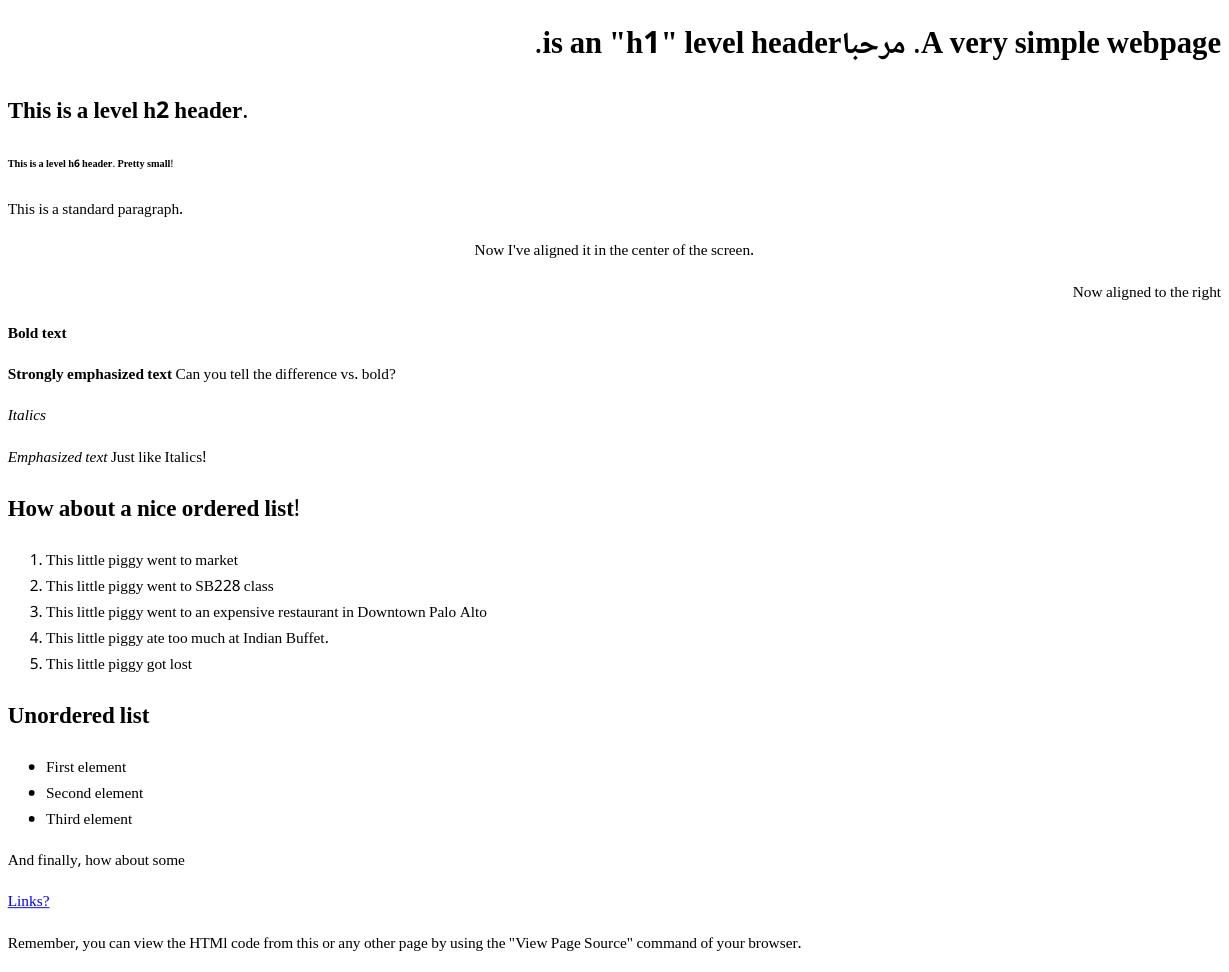
Repository: khanshakiil/ArabicHTMLToPDF
Page: HospitalFrontDesk/src/main/resources/html.html
These files come from the project's save history. The page is drawn as it stood at one moment and after the next save; the edit follows.
The browser window is 1280 px wide. The pictures show the whole page, at 96% of full size.

Above is the page before, as saved 2020-03-05 19:14:55.

### HospitalFrontDesk/src/main/resources/html.html
<!DOCTYPE html>
<html>

<head>
<title dir="rtl">مرحبا</title>
</head>

<body style="font-family: Noto Naskh Arabic">
<h1 dir="rtl" style="font-family: Noto Naskh Arabic">A very simple webpage. مرحباis an "h1" level header.</h1>

<h2>This is a level h2 header.</h2>

<h6>This is a level h6 header.  Pretty small!</h6>

<p>This is a standard paragraph.</p>

<p align=center>Now I've aligned it in the center of the screen.</p>

<p align=right>Now aligned to the right</p>

<p><b>Bold text</b></p>

<p><strong>Strongly emphasized text</strong>  Can you tell the difference vs. bold?</p>

<p><i>Italics</i></p>

<p><em>Emphasized text</em>  Just like Italics!</p>

<h2>How about a nice ordered list!</h2>
<ol>
  <li>This little piggy went to market</li>
  <li>This little piggy went to SB228 class</li>
  <li>This little piggy went to an expensive restaurant in Downtown Palo Alto</li>
  <li>This little piggy ate too much at Indian Buffet.</li>
  <li>This little piggy got lost</li>
</ol>

<h2>Unordered list</h2>
<ul>
  <li>First element</li>
  <li>Second element</li>
  <li>Third element</li>
</ul>


<p>And finally, how about some</p><a href="http://www.google.com/">Links?</a>

<p>Remember, you can view the HTMl code from this or any other page by using the "View Page Source" command of your browser.</p>

</body>

</html>

After the next save:
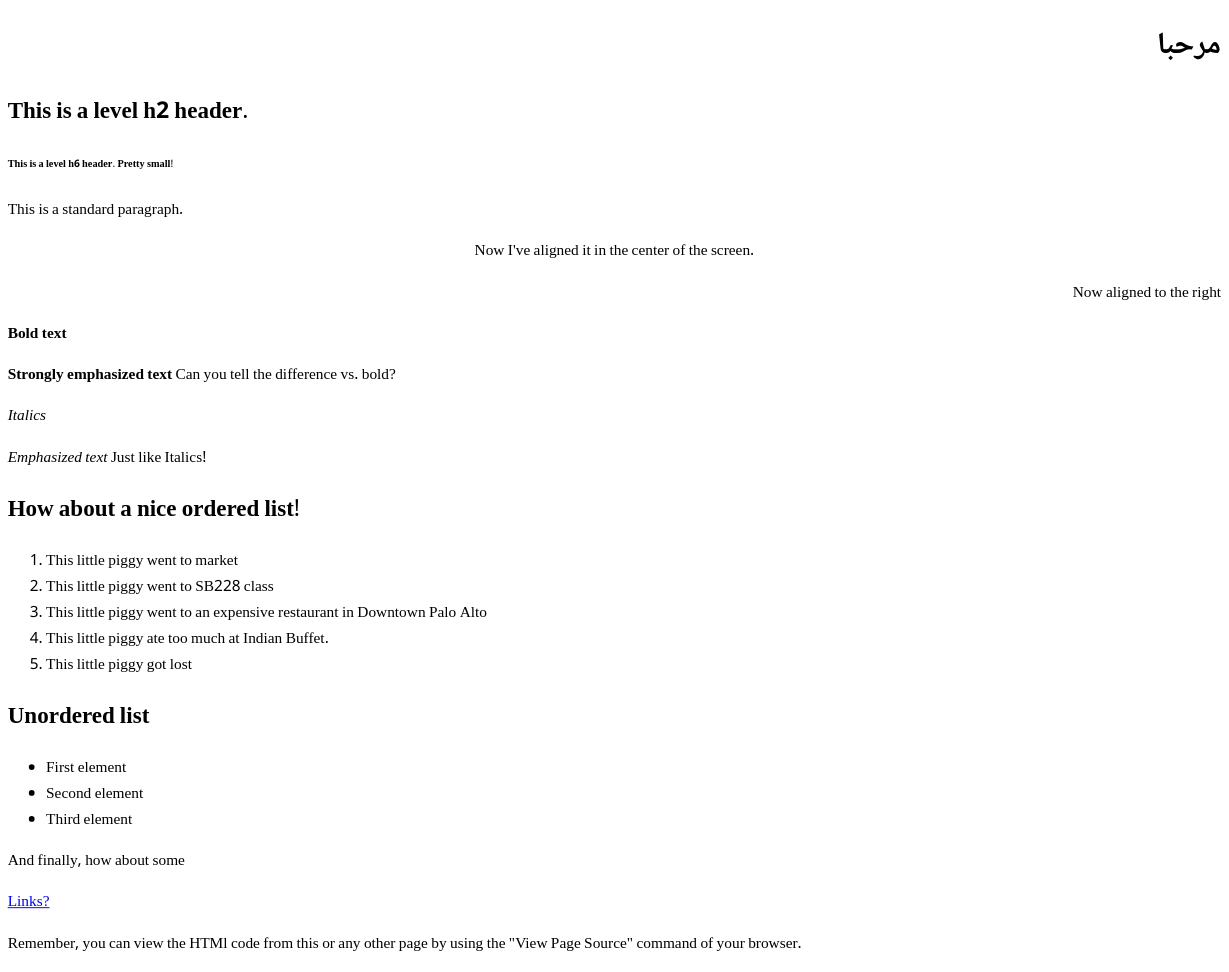
Saved 26 s later.
--- a/HospitalFrontDesk/src/main/resources/html.html
+++ b/HospitalFrontDesk/src/main/resources/html.html
@@ -2,11 +2,11 @@
 <html>
 
 <head>
-<title dir="rtl">مرحبا</title>
+<title dir="rtl"></title>
 </head>
 
 <body style="font-family: Noto Naskh Arabic">
-<h1 dir="rtl" style="font-family: Noto Naskh Arabic">A very simple webpage. مرحباis an "h1" level header.</h1>
+<h1 dir="rtl" style="font-family: Noto Naskh Arabic">مرحبا</h1>
 
 <h2>This is a level h2 header.</h2>
 
